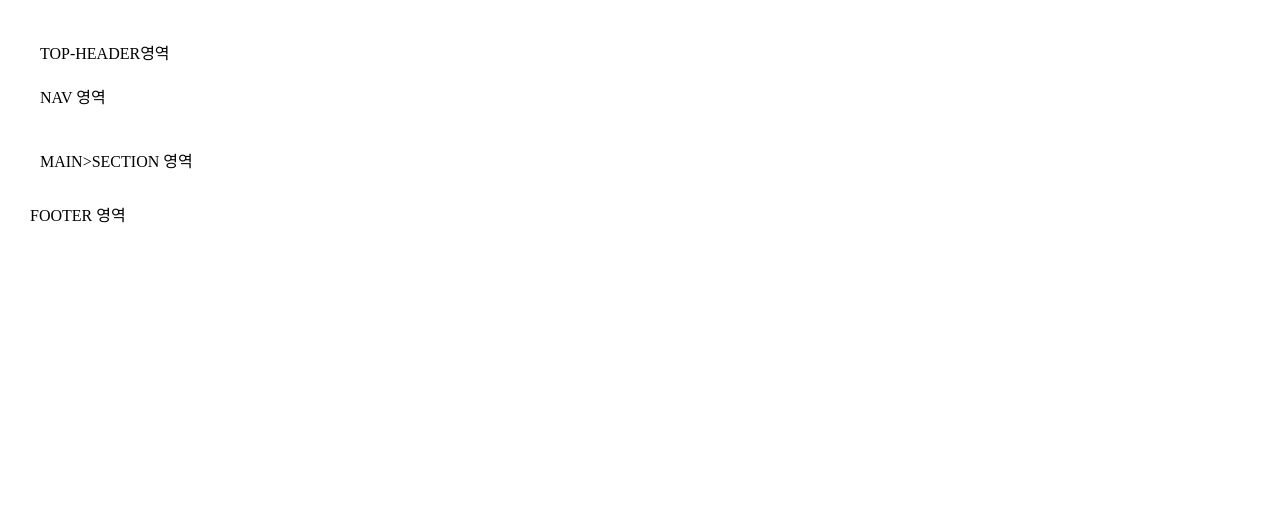
Repository: Leehj9094/JAVA_BOOK-
Page: http://localhost/01JSP/C03/02Include/index.jsp
An editor plug-in stored every save of this project. The page is shown before and after the next save, followed by the edit.
The browser window is 1280 px wide. The pictures show the whole page.
The page is served by Tomcat 9. Other server files are loaded and not shown.

Above is the page before, as saved 2025-04-02 01:38:44.

### JSP/01JSP/src/main/webapp/C03/02Include/index.jsp
<%@ page language="java" contentType="text/html; charset=UTF-8"
    pageEncoding="UTF-8"%>
<!DOCTYPE html>
<html>
<head>
<meta charset="UTF-8">
<title>Insert title here</title>

<style>
:root{}
*{box-sizing:border-box;padding:10px;}
a{}
ul{}
body{padding:0;margin:0;}
.wrapper{}
.wrapper>header{min-height:100px;}
.wrapper>header>.top-header{min-height:25px;}
.wrapper>header>.nav{min-height:75px;}
.wrapper>main{}
.wrapper>section{min-height:700px;}
.wrapper>footer{min-height:250px;}
</style>

</head>
<body>
	<div class="wrapper">
		<header>
			<!--  -->
			<%@ include file="./layouts/TopHeader.jsp" %>
			<!--  -->
			<%@ include file="./layouts/Nav.jsp" %>
		</header>
		<main>
			<section>MAIN>SECTION 영역</section>
		</main>
		<!--  -->
		<%@ include file="./layouts/Footer.jsp" %>
	</div>

</body>
</html>

### JSP/01JSP/src/main/webapp/C03/02Include/layouts/TopHeader.jsp
<%@ page language="java" contentType="text/html; charset=UTF-8"
    pageEncoding="UTF-8"%>
<!-- TOP-HEADER -->
<div class="top-header">TOP-HEADER영역</div>

### JSP/01JSP/src/main/webapp/C03/02Include/layouts/Nav.jsp
<%@ page language="java" contentType="text/html; charset=UTF-8"
    pageEncoding="UTF-8"%>
<!-- NAV -->
<nav>NAV 영역</nav>

### JSP/01JSP/src/main/webapp/C03/02Include/layouts/Footer.jsp
<%@ page language="java" contentType="text/html; charset=UTF-8"
    pageEncoding="UTF-8"%>
<!-- FOOTER -->
<footer>FOOTER 영역</footer>

After the next save:
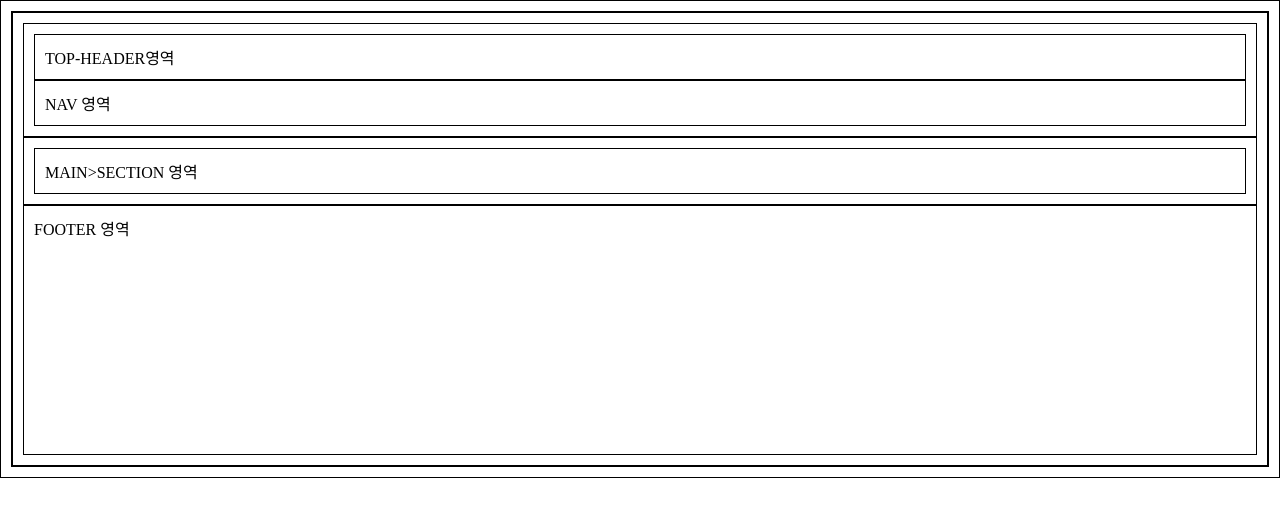
Saved 51 s later.
--- a/JSP/01JSP/src/main/webapp/C03/02Include/index.jsp
+++ b/JSP/01JSP/src/main/webapp/C03/02Include/index.jsp
@@ -8,7 +8,7 @@
 
 <style>
 :root{}
-*{box-sizing:border-box;padding:10px;}
+*{box-sizing:border-box;padding:10px; border:1px solid;}
 a{}
 ul{}
 body{padding:0;margin:0;}
